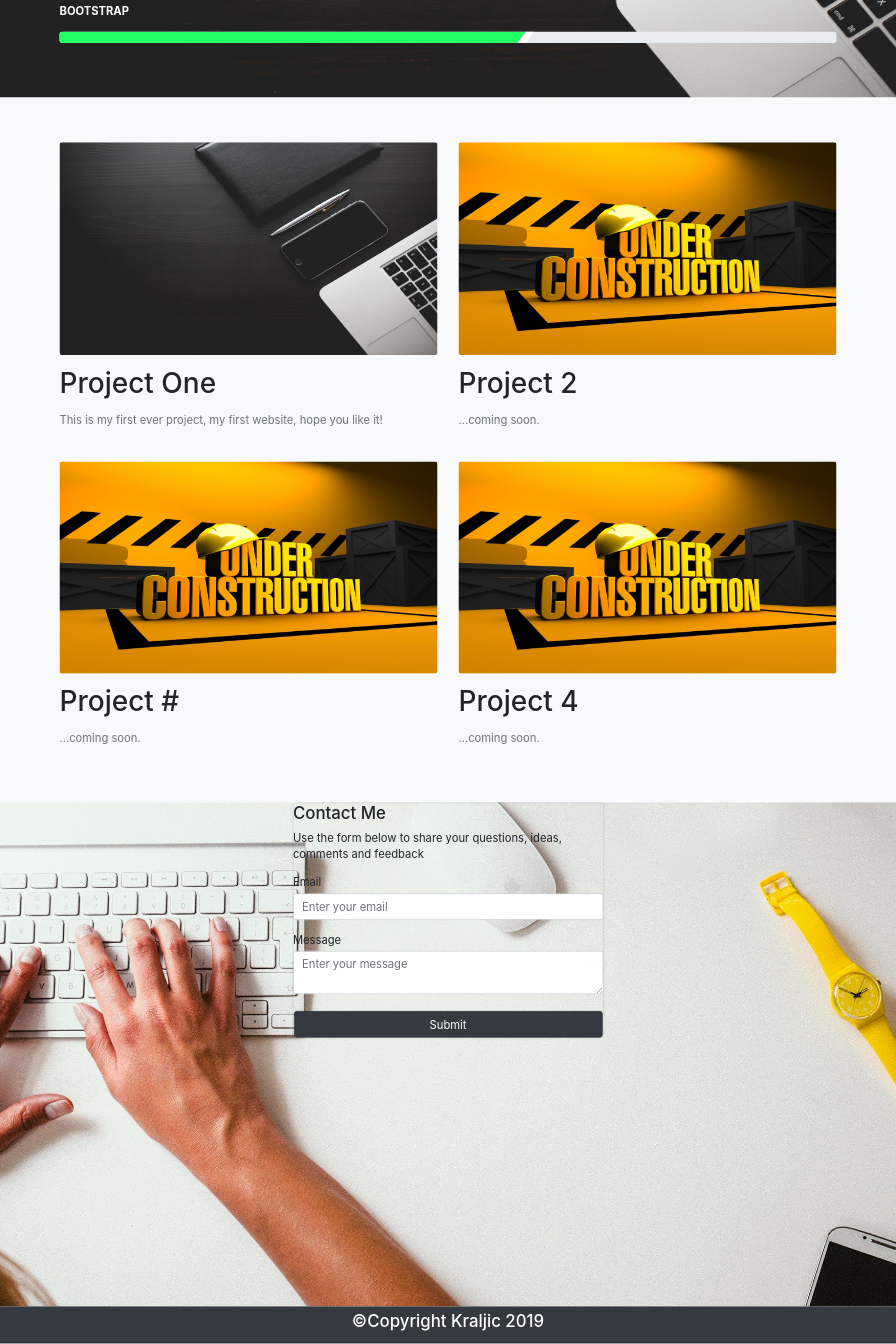
Repository: Kraljiccar/User-Centric-Frontend-Development-Milestone-Project
Page: index.html
The author's editor kept a record of every edit. The page is drawn from the files as they stood at one moment, then again after the next edit.
The browser window is 1280 px wide. The pictures show the part of the page from y = 1625 to 3545 px (the page is 3545 px tall), at 70% of full size.
Backgrounds fixed to the window are drawn as part of the page.

Above is the page before.

### index.html
<!DOCTYPE html>
<html lang="en-US">

<head>
    <meta charset="UTF-8">
    <meta name="viewport" content="width=device-width, initial-scale=1.0">
    <meta http-equiv="X-UA-Compatible" content="ie=edge">
    <link rel="stylesheet" href="./assets/css/style.css" type="text/css" />
    <link rel="stylesheet" href="https://stackpath.bootstrapcdn.com/bootstrap/4.3.1/css/bootstrap.min.css" integrity="sha384-ggOyR0iXCbMQv3Xipma34MD+dH/1fQ784/j6cY/iJTQUOhcWr7x9JvoRxT2MZw1T" crossorigin="anonymous">
    <link rel="stylesheet" href="https://stackpath.bootstrapcdn.com/font-awesome/4.7.0/css/font-awesome.min.css" type="text/css" />

    <title>Nemanja Kraljic</title>
</head>

<body data-spy="scroll" data-target="#navbarResponsive">
    <section id="banner">
        <div class="container">
            <div class="row max-viewport align-items-center text-center">
                <div class="col-md-6 ">
                    <h1 class="text-white text-uppercase">Nemanja Kraljic</h1>
                    <h3 class="text-white">-Software developer-</h2>
                </div>
            </div>
        </div>
    </section>
    <!-----about me----->
    <section id="about-me" class="py-5 bg-secondary">
        <div class="container">
            <div class="row align-items-center text-center text-white">
                <div class="col-sm-12 col-md-6 col-lg-4text-white my-3 d-flex">
                    <i class="fa fa-wrench fa-5x mr-3 align-self-center"></i>
                    <div class="inner-text">
                        <h1 class="my-3">Who am I?</h1>
                        <p class="lead">adshfah sadsa dsaopd pksado ndsposadadshfah sadsa dsaopd pksado ndsposadadshfah sadsa dsaopd pksado ndsposadadshfah sadsa dsaopd pksado ndsposadadshfah sadsa dsaopd pksado ndsposadadshfah sadsa dsaopd pksado ndsposadadshfah sadsa
                            dsaopd pksado ndsposad n</p>

                    </div>
                </div>
                <div class="col-sm-12 col-md-6 col-lg-4text-white my-3 d-flex">
                    <i class="fa fa-refresh fa-5x mr-3 align-self-center"></i>
                    <div class="inner-text">
                        <h1 class="my-3">Who am I?</h1>
                        <p class="lead">adshfah sadsa dsaopd pksado ndsposadadshfah sadsa dsaopd pksado ndsposadadshfah sadsa dsaopd pksado ndsposadadshfah sadsa dsaopd pksado ndsposadadshfah sadsa dsaopd pksado ndsposadadshfah sadsa dsaopd pksado ndsposadadshfah sadsa
                            dsaopd pksado ndsposad n</p>

                    </div>
                </div>

            </div>
        </div>

    </section>
    <!-----skills---->
    <section id="skills" class="p-5">
       <div class="naslov">
    <h1 class="mb-5 mt-5"> My Software skills</h1>
</div>
<div class="container">
    <div class="row">
        <div class="col-md-12">
            <h3 class="progress-title">HTML</h3>
            <div class="progress">
                <div class="progress-bar" style="width:78%; background:#97c513;">
                    <div class="progress-value">65%</div>
                </div>
            </div>
            <h3 class="progress-title">CSS</h3>
            <div class="progress">
                <div class="progress-bar" style="width:60%; background:#f2545b;">
                    <div class="progress-value">100%</div>
                </div>
            </div>
            <h3 class="progress-title">JAVASCRIPT</h3>
            <div class="progress">
                <div class="progress-bar" style="width:20%; background:#4286f4;">
                    <div class="progress-value">75%</div>
                </div>
            </div>
            <h3 class="progress-title">BOOTSTRAP</h3>
            <div class="progress">
                <div class="progress-bar" style="width:60%; background:#21ff63;">
                    <div class="progress-value">30%</div>
                </div>
            </div>
        </div>
    </div>
</div>
    </section>

    <section id="projects" class="p-5 bg-light" >
      <div class="container">
        <div class="row">
          <div class="col-sm-6 my-3">
              <img src="assets/images/office.jpg" alt="#" class="img-fluid rounded" alt="picture">
            <h1 class="my-3">Project One</h1>
            <p class="text-muted">This is my first ever project, my first website, hope you like it!</p>
          </div>
          <div class="col-sm-6 my-3">
              <img src="assets/images/under-construction.jpg" alt="#" class="img-fluid rounded" alt="picture">
            <h1 class="my-3">Project 2</h1>
            <p class="text-muted">...coming soon.</p>
          </div>
          <div class="col-sm-6 my-3">
              <img src="assets/images/under-construction.jpg" alt="#" class="img-fluid rounded" alt="picture">
            <h1 class="my-3">Project #</h1>
            <p class="text-muted">...coming soon.</p>
          </div>
          <div class="col-sm-6 my-3">
              <img src="assets/images/under-construction.jpg" alt="#" class="img-fluid rounded" alt="picture">
            <h1 class="my-3">Project 4</h1>
            <p class="text-muted">...coming soon.</p>
          </div>


        </div>
      </div>
    </section>
    <section id="contact">
        <div class="container">
        <div class="row justify justify-content-center">
            <div class="col-11 col-md-8 col-lg-6 col-xl-5">
                <form class="">
                    <div class="card bg-transparent">
                        <div class="row mt-0">
                            <div class="col-md-12 ">
                                <h4 class="">Contact Me</h4>
                                <p>Use the form below to share your questions, ideas, comments and feedback</p>
                            </div>
                        </div>
                        <div class="form-group row mb-3">
                            <div class="col-md-12 mb-0">
                                <p class="mb-1">Email</p> <input id="e-mail" type="text" placeholder="Enter your email" name="email" class="form-control input-box rm-border">
                            </div>
                        </div>
                        <div class="form-group row">
                            <div class="col-md-12 mb-2">
                                <p class="mb-1">Message</p> <textarea id="message" type="text" placeholder="Enter your message" name="message" class="form-control input-box rm-border"></textarea>
                            </div>
                        </div>
                        <div class="form-group row justify-content-center mb-0">
                            <div class="col-md-12 px-3"> <input type="submit" value="Submit" class="btn btn-block btn-dark rm-border"> </div>
                        </div>
                    </div>
                </form>
            </div>
        </div>
    </div>
    </section>
    <section id="footer" class="p-2 bg-dark">
        <div class="container">
            <div class="row">
                <div class="col text-center">
                    <h4 class="text-white text-capiralize">&copy;Copyright Kraljic 2019</h4>
                </div>
            </div>
        </div>

    </section>
    <!-----Script---->
    <script src="https://code.jquery.com/jquery-3.3.1.slim.min.js" integrity="sha384-q8i/X+965DzO0rT7abK41JStQIAqVgRVzpbzo5smXKp4YfRvH+8abtTE1Pi6jizo" crossorigin="anonymous"></script>
    <script src="https://cdnjs.cloudflare.com/ajax/libs/popper.js/1.14.7/umd/popper.min.js" integrity="sha384-UO2eT0CpHqdSJQ6hJty5KVphtPhzWj9WO1clHTMGa3JDZwrnQq4sF86dIHNDz0W1" crossorigin="anonymous"></script>
    <script src="https://stackpath.bootstrapcdn.com/bootstrap/4.3.1/js/bootstrap.min.js" integrity="sha384-JjSmVgyd0p3pXB1rRibZUAYoIIy6OrQ6VrjIEaFf/nJGzIxFDsf4x0xIM+B07jRM" crossorigin="anonymous"></script>
</body>

</html>

### assets/css/style.css
@import url('https://fonts.googleapis.com/css?family=Roboto:400,700&display=swap');

body {
  font-family: 'Roboto', sans-serif;
}

.max-viewport {
  min-height: 100vh;
}

#banner,
#skills {
  background: url("../images/office.jpg"), linear-gradient(rgba(179, 179, 179, 1), rgba(247, 247, 247, 1));
  background-attachment: fixed;
  background-position: center center;
  background-repeat: no-repeat;
  background-size: cover;
}

.naslov {
  color: #fff;
}

.naslov h1 {
  text-align: center
}

.progress-title {
  font-size: 16px;
  font-weight: 700;
  color: #fff;
  margin: 0 0 20px;
}

.progress {
  height: 20px;
  background: #333;
  border-radius: 0;
  box-shadow: none;
  margin-bottom: 30px;
  overflow: visible
}

.progress-value {
  font-size: 20px;
  color: #fff;
}

.progress .progress-bar {
  position: relative;
  -webkit-animation: animate-positive 2s;
  animation: animate-positive 2s
}

.progress .progress-value {
  display: block;
  font-size: 18px;
  font-weight: 500;
  color: black;
  position: absolute;
  top: -30px;
  right: -25px
}

.progress .progress-bar:after {
  content: "";
  display: inline-block;
  width: 10px;
  background: #fff;
  position: absolute;
  top: -10px;
  bottom: -10px;
  right: -5px;
  z-index: 1;
  transform: rotate(35deg)
}

.img-fluid {
  width:100%;
  height:20%;
  background-position: center;
  background-size: cover;
  background-repeat: no-repeat;

}

#contact {
  width: 100%;
  height: 100vh;

  background-image: url(../images/keyboard.jpg);
  background-position: center center;
  background-size: cover;
  background-attachment: fixed;
}

After the next edit:
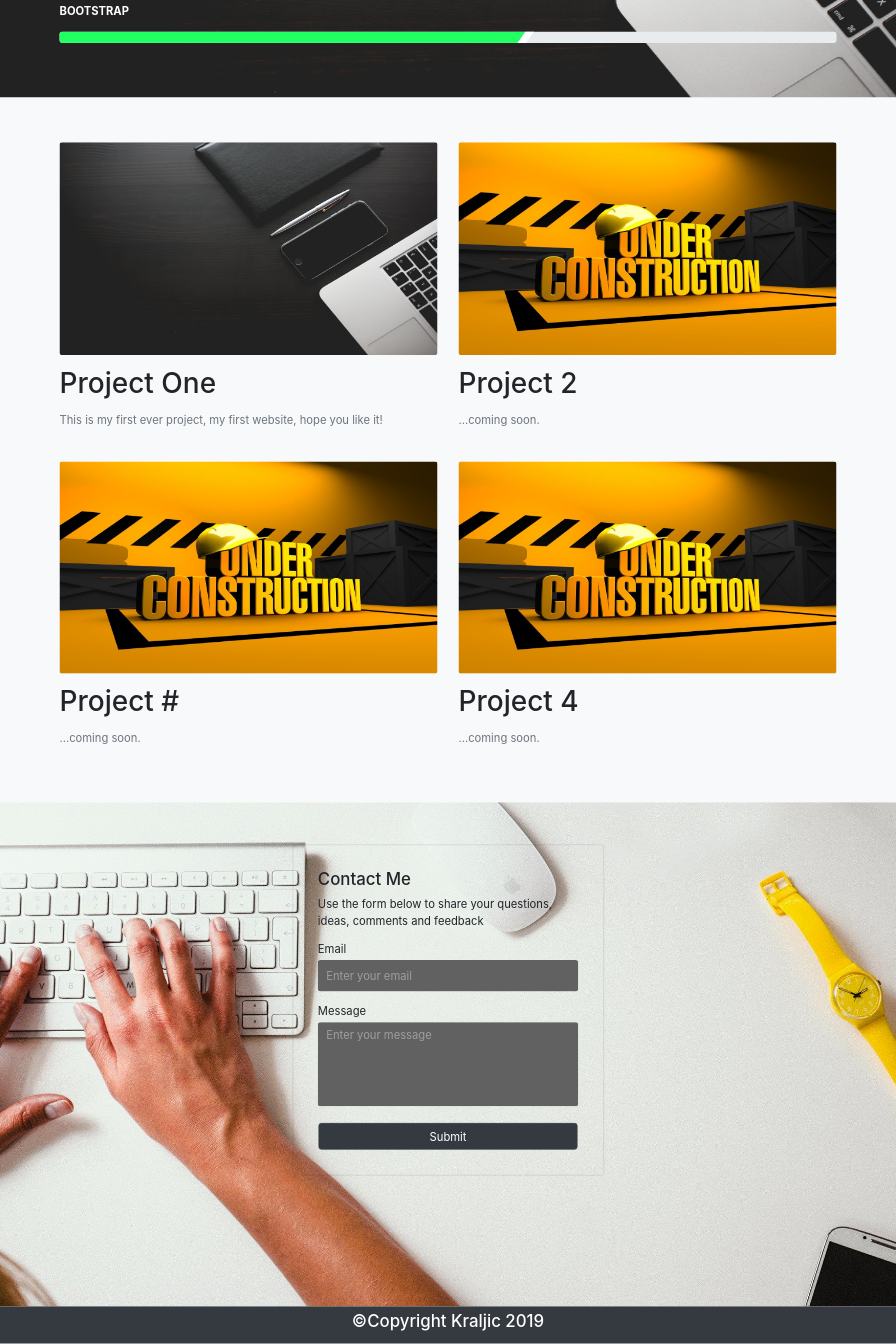
The edit:
--- a/assets/css/style.css
+++ b/assets/css/style.css
@@ -93,3 +93,52 @@ body {
   background-size: cover;
   background-attachment: fixed;
 }
+.box {
+    margin: auto
+}
+
+.card {
+    padding: 8%;
+    padding-top: 35px;
+    margin-top: 60px;
+    margin-bottom: 80px
+}
+
+textarea[name="message"] {
+    resize: none
+}
+
+#e-mail {
+    height: 45px
+}
+
+#message {
+    height: 120px
+}
+
+input.input-box,
+textarea.input-box {
+    background-color: #616161;
+    border: #616161;
+    color: #BDBDBD
+}
+
+input.input-box:focus,
+textarea.input-box:focus {
+    background-color: #000000;
+    color: #BDBDBD
+}
+
+.rm-border:focus {
+    border-color: inherit;
+    -webkit-box-shadow: none;
+    box-shadow: none
+}
+
+form .form-control::-webkit-input-placeholder {
+    color: #9E9E9E
+}
+
+::-moz-placeholder {
+    color: #9E9E9E !important
+}
